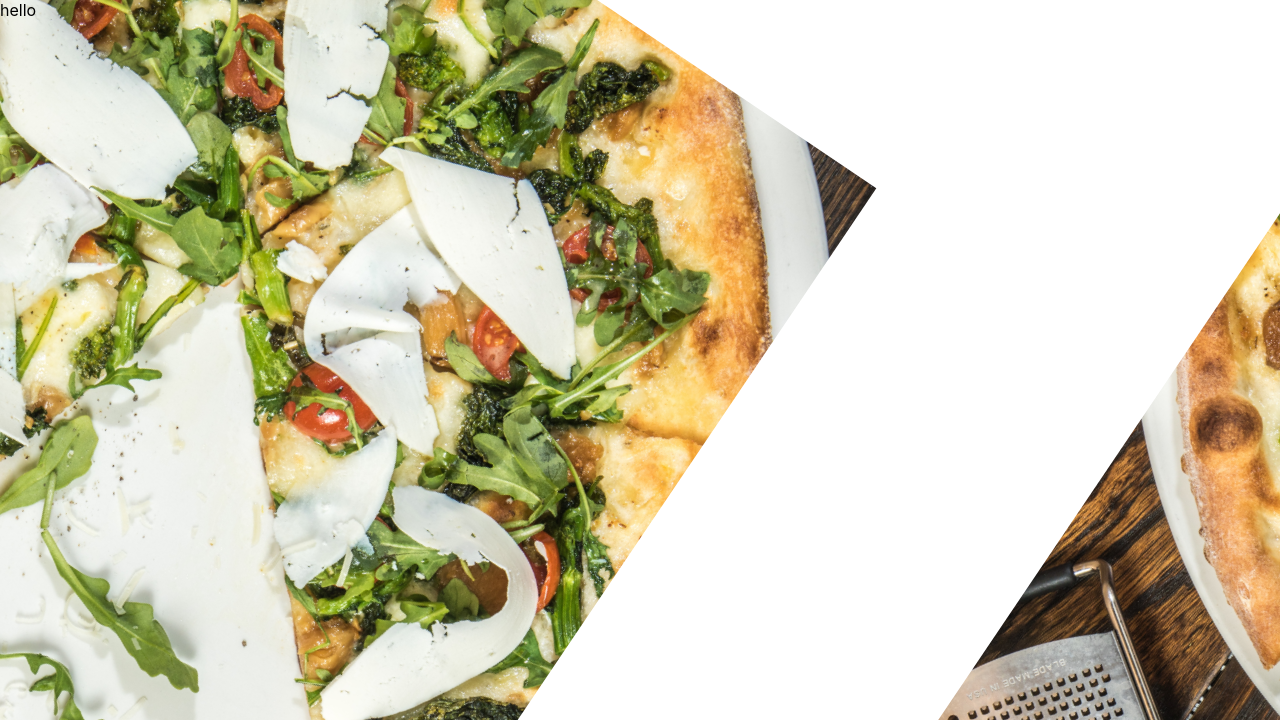
Repository: hobsond/DeliveryApp
Page: / (app in delivery/)
The author's editor kept a copy of each file at every save. The page is drawn from the files as they stood at one save, then again after the next save.
The browser window is 1280 px wide. The pictures show the whole page.
The project was rebuilt for these pictures with package versions that can differ from the ones it lists, and the page was loaded fresh each time.

Above is the page before, as saved 2021-02-16 21:03:54.

### delivery/public/index.html
<!DOCTYPE html>
<html lang="en">
  <head>
    <meta charset="utf-8" />
    <link rel="icon" href="%PUBLIC_URL%/favicon.ico" />
    <meta name="viewport" content="width=device-width, initial-scale=1" />
    <meta name="theme-color" content="#000000" />
    <meta
      name="description"
      content="Delivery Order Simulation"
    />
    <link rel="apple-touch-icon" href="%PUBLIC_URL%/logo192.png" />
    <!--
      manifest.json provides metadata used when your web app is installed on a
      user's mobile device or desktop. See https://developers.google.com/web/fundamentals/web-app-manifest/
    -->
    <link rel="manifest" href="%PUBLIC_URL%/manifest.json" />
    <!--
      Notice the use of %PUBLIC_URL% in the tags above.
      It will be replaced with the URL of the `public` folder during the build.
      Only files inside the `public` folder can be referenced from the HTML.

      Unlike "/favicon.ico" or "favicon.ico", "%PUBLIC_URL%/favicon.ico" will
      work correctly both with client-side routing and a non-root public URL.
      Learn how to configure a non-root public URL by running `npm run build`.
    -->
    <title>Delivery Simulation</title>
  </head>
  <body>
    <noscript>You need to enable JavaScript to run this app.</noscript>
    <div id="root"></div>
    <!--
      This HTML file is a template.
      If you open it directly in the browser, you will see an empty page.

      You can add webfonts, meta tags, or analytics to this file.
      The build step will place the bundled scripts into the <body> tag.

      To begin the development, run `npm start` or `yarn start`.
      To create a production bundle, use `npm run build` or `yarn build`.
    -->
  </body>
</html>

### delivery/src/App.js
import './App.css';

function App() {
  return (
    <div className="App"
    >
      hello

    </div>
  );
}

export default App;

### delivery/src/App.css
.App{
  background:url('./images/mobile/homeScreen/bgMobile.png');
  height:100vh;
  background-position-x: -40em;
  background-position-y: -20em;
}

Loaded but not shown: delivery/src/index.js (common file); delivery/src/index.css (common file); delivery/src/reportWebVitals.js (common file)

After the next save:
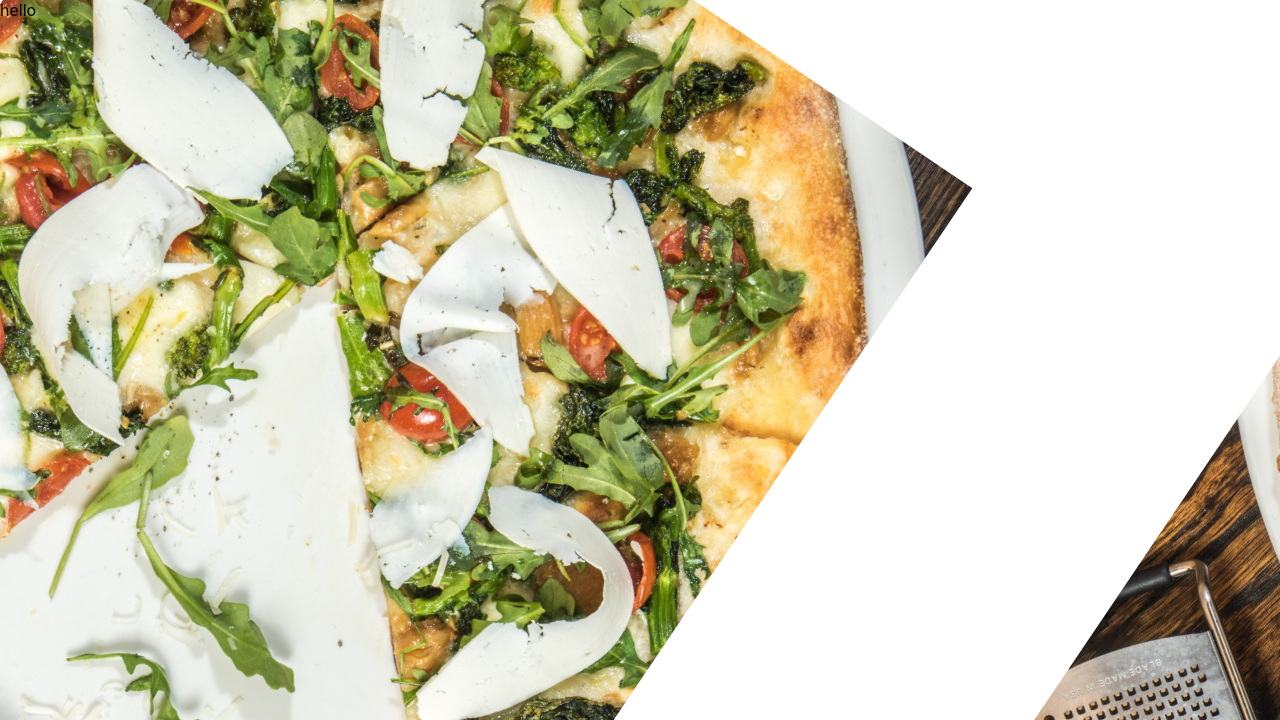
Saved 9 s later.
--- a/delivery/src/App.css
+++ b/delivery/src/App.css
@@ -1,6 +1,6 @@
 .App{
   background:url('./images/mobile/homeScreen/bgMobile.png');
   height:100vh;
-  background-position-x: -40em;
+  background-position-x: -34em;
   background-position-y: -20em;
 }
